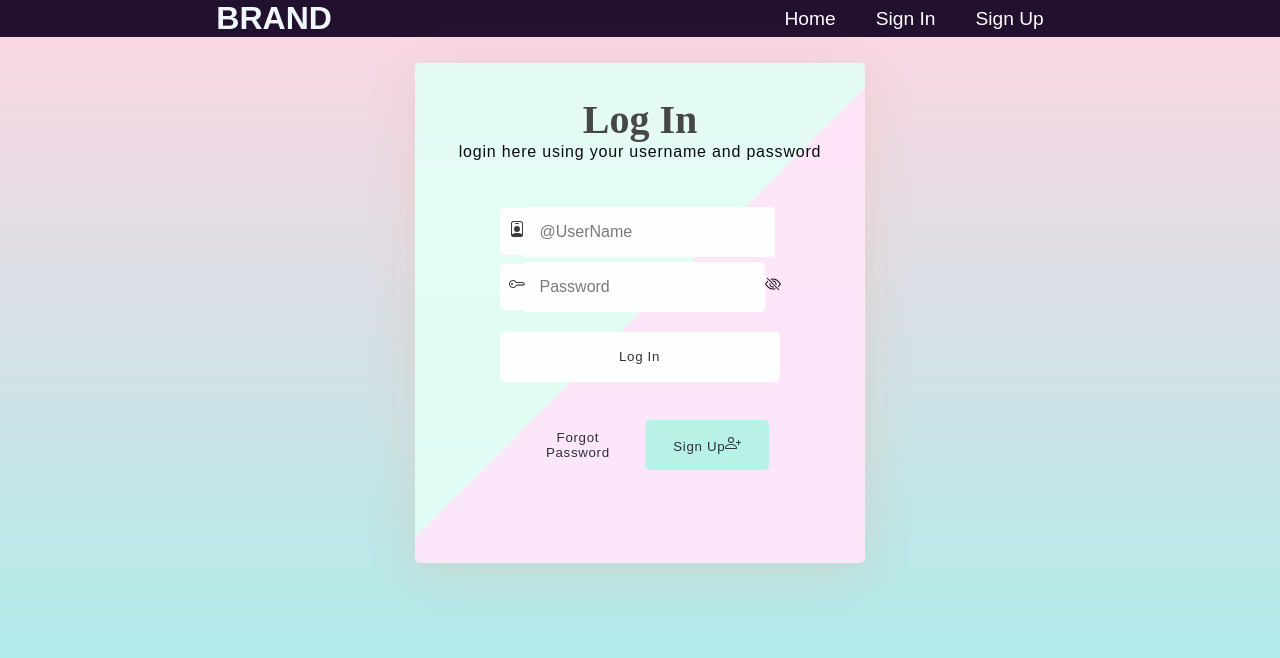
Repository: code-mtaani/ojwang-frontend
Page: /signup
An editor plug-in stored every save of this project. The page is shown before and after a run of saves, followed by the edit.
The browser window is 1280 px wide. The pictures show the whole page.
The project was rebuilt for these pictures with package versions that can differ from the ones it lists, and the page was loaded fresh each time. Also part of the build but not shown: vite.config.ts, src/Pages/HomePage/Home.pages.tsx, src/Pages/SignIn/SignIn.pages.tsx.

Above is the page before, as saved 2023-02-01 10:19:59.

After the next 3 saves:
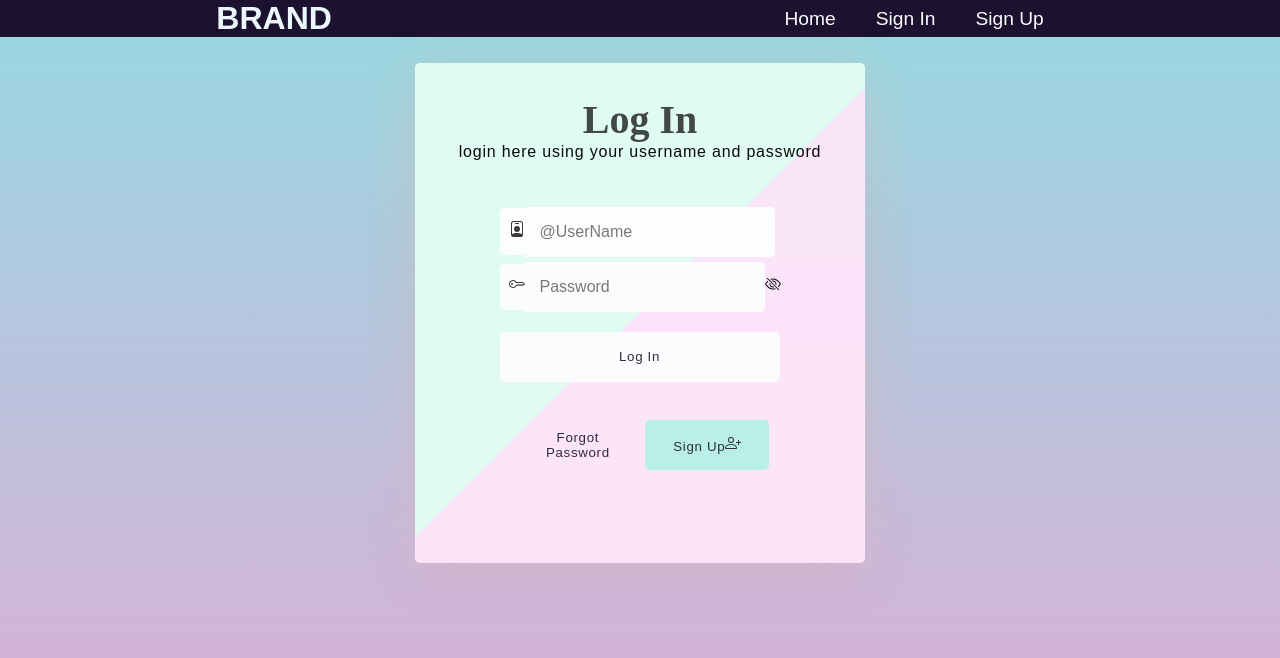
The 3 saves are shown as one change because they came seconds apart.
The last was saved 8 s later.
--- a/src/Pages/SignUp/Signup.css
+++ b/src/Pages/SignUp/Signup.css
@@ -17,7 +17,7 @@ background-attachment: fixed;
 /*   the main font */
     font-family: 'Abel', sans-serif;
 opacity: .95;
-/* background-image: linear-gradient(to top, #d9afd9 0%, #97d9e1 100%); */
+background-image: linear-gradient(to top, #d9afd9 0%, #97d9e1 100%);
 }
 
 
